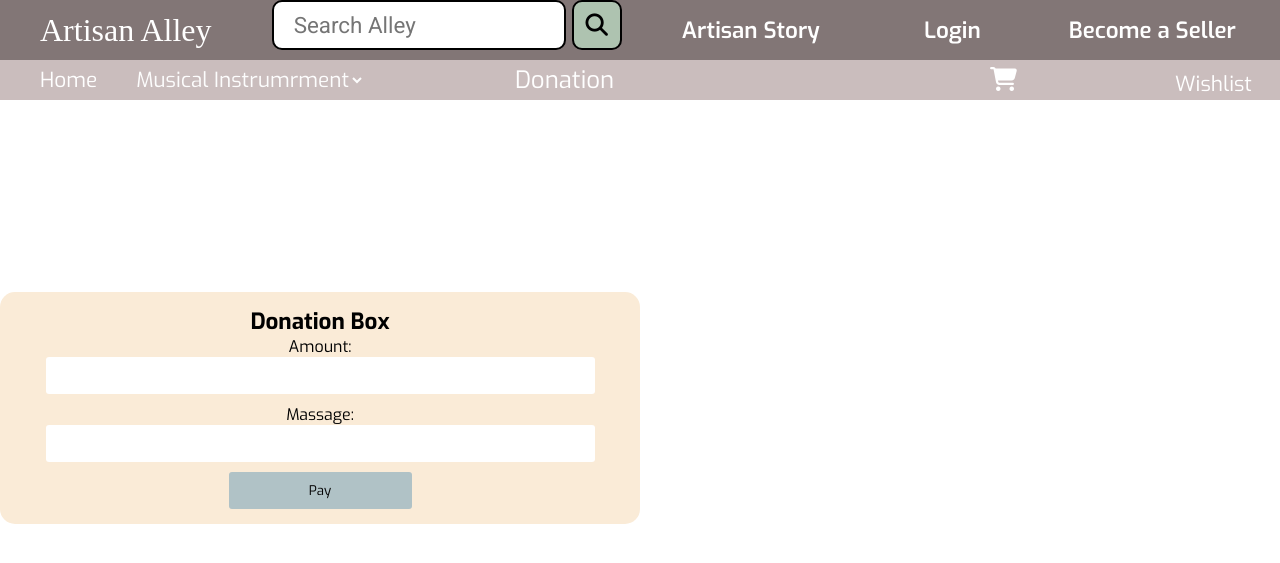
Repository: RingkhangBTY/Bytehacks_Hackathon_Project
Page: donation.html
An editor plug-in stored every save of this project. The page is shown before and after a run of saves, followed by the edit.
The browser window is 1280 px wide. The pictures show the whole page.
Some web fonts or font styles are not loaded; a fallback is used.

Above is the page before, as saved 2024-11-27 10:43:18.

### donation.html
<!DOCTYPE html>
<html lang="en">
<head>
    <meta charset="UTF-8">
    <meta name="viewport" content="width=device-width, initial-scale=1.0">
    <title>Document</title>
    <link
      rel="stylesheet"
      href="https://cdnjs.cloudflare.com/ajax/libs/font-awesome/6.7.1/css/all.min.css"
      integrity="sha512-5Hs3dF2AEPkpNAR7UiOHba+lRSJNeM2ECkwxUIxC1Q/FLycGTbNapWXB4tP889k5T5Ju8fs4b1P5z/iB4nMfSQ=="
      crossorigin="anonymous"
      referrerpolicy="no-referrer"
    />
    <link rel="stylesheet" href="style.css">
</head>
<body>
    <header>
        <div class="split-div">
            <div class="half half-top">
              <a href="index.html" class="logo">Artisan Alley</a>

              <div class="searchdiv">
                <input
                  type="text"
                  placeholder="Search Alley"
                  class="searchbar"
                  id=""
                />

                <div class="search-icon">
                  <button class="alley-search">
                    <i class="fa-solid fa-magnifying-glass"></i>
                  </button>
                </div>
              </div>

              <div class="artisan-story">
                <a href="artisan-story.html" class="story" id="">Artisan Story</a>
              </div>

              <div class="login-and-seller">
                <a href="login/login.html" class="account-login login" id="">Login</a>
                <a href="" class="seller-login login" id="">Become a Seller</a>
              </div>
            </div>

            <div class="half half-bottom">
              <div class="home-and-categories nav2">
                <a href="index.html" class="home">Home</a>

                <label for="categories"></label>
                <select id="categories" class="categories">
                  <option value="" disabled selected>Categories</option>
                  <option value="" selected>Painting</option>
                  <option value="" selected>Sculpture</option>
                  <option value="" selected>Drawing</option>
                  <option value="" selected>Handcraft</option>
                  <option value="" selected>Musical Instrumrment</option>
                </select>
              </div>

              <div class="donation-container nav2">
                <a class="donation" href="donation.html">Donation</a>
              </div>

              <div class="cart-wishlist nav2">
                <a href="index.html" class="cart" id=""
                  ><i class="fa-solid fa-cart-shopping"></i
                ></a>

                <button class="wishlist" id="">Wishlist</button>
              </div>
            </div>
          </div>
    </header>

    <main>
        <div class="donation-cont">
            <!-- <h2>Welcome to </h2> -->
            <form id="donation from">
                <h3>Donation Box</h3>
                <lab for="donation">Amount:</lab>
                <input type="amount" id="text" name="donate" required>

                <lab for="donation"> Massage:</lab>
                <input type="text" id="text" name="donate" >

                <button type="submit">Pay</button>
            </form>
        </div>
    </main>
</body>
</html>

### style.css
@import url("https://fonts.googleapis.com/css2?family=Roboto:ital,wght@0,100;0,300;0,400;0,500;0,700;0,900;1,100;1,300;1,400;1,500;1,700;1,900&display=swap");
@import url("https://fonts.googleapis.com/css2?family=Edu+AU+VIC+WA+NT+Pre:wght@400..700&display=swap");
@import url("https://fonts.googleapis.com/css2?family=Exo:ital,wght@0,100..900;1,100..900&display=swap");

* {
  margin: 0;
  padding: 0;
  box-sizing: border-box;
  font-family: Exo;
}

body {
  header {
    .split-div {
      width: 100%;
      height: 30%;

      .half {
        width: 100%;
      }

      .half-top {
        background-color: #827676;
        height: 70%;
        display: flex;
        justify-content: space-between;
        align-items: center;

        .logo {
          text-decoration: none;
          color: white;
          font-size: 2rem;
          font-family: Edu AU VIC WA NT Pre, cursive;
          font-weight: 500;
          margin-left: 40px;
        }

        .searchdiv {
          display: flex;

          .searchbar {
            height: 50px;
            width: 100%;
            border: black 2px solid;
            outline: none;
            border-radius: 10px;
            padding-left: 20px;
            font-size: 1.4rem;
            font-family: Roboto;
            margin-right: 5px;
          }

          .alley-search {
            display: flex;
            justify-content: center;
            align-items: center;
            width: 50px;
            height: 50px;
            background-color: #aec3b0;
            border: 2px black solid;
            margin-left: 1px;
            border-radius: 10px;
            cursor: pointer;

            i {
              color: black;
              font-size: 1.4rem;
            }
          }
        }

        .artisan-story .story{
          color: white;
          font-size: 1.4rem;
          text-decoration: none;
          font-family: Exo;
          font-weight: 600;
        }

        .login-and-seller {
          height: 60px;
          width: 400px;
          display: flex;
          justify-content: space-around;
          align-items: center;
        }

        .login-and-seller .login {
          color: white;
          font-size: 1.4rem;
          text-decoration: none;
          font-family: Exo;
          font-weight: 600;
        }
      }

      .half-bottom {
        background-color: #cabdbd;
        height: 30%;
        display: flex;
        justify-content: space-between;
        align-items: center;

        .nav2 {
          height: 40px;
          width: 250px;
          display: flex;
          justify-content: space-between;
          align-items: center;
          margin-left: 40px;
          margin-right: 40px;

          .home {
            text-decoration: none;
            color: white;
            margin-right: 10%;
            font-size: 1.3rem;
          }

          .categories {
            height: 100%;
            padding-left: 10px;
            text-align: center;
            border: none;
            background: transparent;
            border-radius: 5px;
            outline: none;
            font-size: 1.3rem;
            color: #fdfdfd;
            cursor: pointer;
          }
          .categories option[selected]{
            margin-left: 20px;
            background-color: #e6f7ff;
            color: #2a2828;
          }

          .donation{
            display: block;
            text-decoration: none;
            font-size: 1.5rem;
            color: white;
          }

          .cart {
            text-decoration: none;
            font-size: 1.5rem;
            color: white;
          }

          .wishlist {
            height: 100%;
            border-radius: 5px;
            background: transparent;
            border: none;
            outline: none;
            font-size: 1.3rem;
            color: white;
          }
        }
      }
    }
  }
}

.products{
  display: flex;
  gap: 10px;
  margin: 10px;
}

.left-container,.middle-container,.right-container{
  display: flex;
  border-radius: 5px;
  padding: 5px;
  padding-top: 10px;
  width: auto;
}
.left-container{
  padding-left: 17%;
}
.right-container{
  padding-right: 17%;
}
.grid-layout{
  display: grid;
  grid-template-rows: auto ;
  gap: 10px;
}
.grid-item{
  background-color: antiquewhite;
  border: 1px solid #ccc;
  width: 100%;
  border-radius: 5px;
  text-align: center;
  padding: 10px;
  padding-bottom: 10px;
}
.grid-item img{
  width: 100%;
  height: auto;
  border-radius: 5px;
}
.grid-item p{
  font-size: large;
  font-family: Cambria, Cochin, Georgia, Times, 'Times New Roman', serif;
  margin-bottom: 5%;
}

footer{
  background-color: #827676;
    color: #fff;
    padding: 20px 40px;
    text-align: center;
}

.footer-container{
  display: flex;
  justify-content: space-between;
  flex-wrap: wrap;
    gap: 40px;
    max-width: 1200px;
    margin: 0 auto;
    padding-left: 20%;
    padding-right: 20%;
}

.imfo-container{
  display: flex;
    flex-direction: column;
    align-items: center;
    gap: 10px;
}

.imfo-container h6{
  display: flex;
  flex-direction: column;
  font-size: 1rem;
  line-height: 1.6rem;
  display: flex;
  flex-direction: column;
  align-items: center;
  color: #ddd;
  margin: 10px auto;
}
.imfo-container  p, .imfo-container a{
  font-size: 1rem;
  line-height: 1.6rem;
  color: #ddd;
  text-decoration: none;
  display: block;
}

.donation-cont{
  background-color: antiquewhite;
  border-radius: 15px;
  padding: 15px;
  width: 50%;
  text-align: center;
  margin-top: 15%;
  justify-content: center;
}

.donation-cont h3{
  font-size: 1.4rem;
}

label{
  display: block;
  text-align: left;
  margin-bottom: 5px;
  font-weight: bold;
}

input{
  width: 90%;
  padding: 10px;
  margin-bottom: 10px;
  border: 1px snow;
  border-radius: 3px;
}

button{
  width: 30%;
  padding: 10px;
  background-color: rgb(176, 194, 198);
  color: rgb(4, 4, 4);
  border: none;
  border-radius: 3px;
  cursor: pointer;
}

.donation-cont:hover{
  transform: translateY(-5px);
  box-shadow: 0 7px rgba(0,0, 0, 0.2);
}

After the next 2 saves:
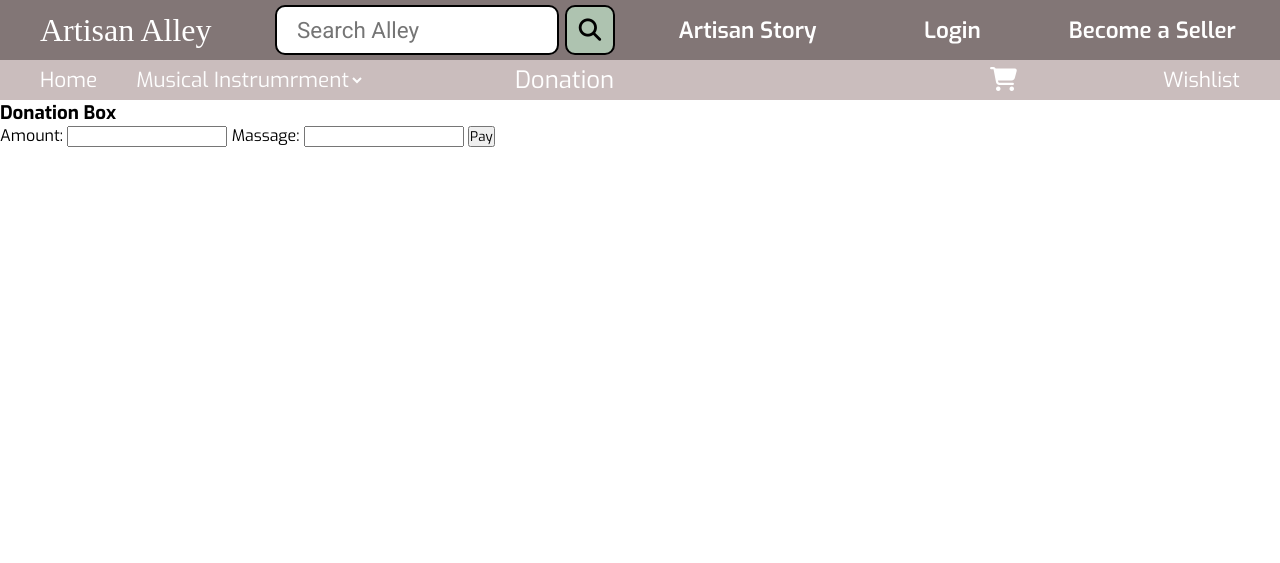
The 2 saves are shown as one change because they came seconds apart.
The last was saved 51 s later.
--- a/style.css
+++ b/style.css
@@ -250,47 +250,3 @@ footer{
   text-decoration: none;
   display: block;
 }
-
-.donation-cont{
-  background-color: antiquewhite;
-  border-radius: 15px;
-  padding: 15px;
-  width: 50%;
-  text-align: center;
-  margin-top: 15%;
-  justify-content: center;
-}
-
-.donation-cont h3{
-  font-size: 1.4rem;
-}
-
-label{
-  display: block;
-  text-align: left;
-  margin-bottom: 5px;
-  font-weight: bold;
-}
-
-input{
-  width: 90%;
-  padding: 10px;
-  margin-bottom: 10px;
-  border: 1px snow;
-  border-radius: 3px;
-}
-
-button{
-  width: 30%;
-  padding: 10px;
-  background-color: rgb(176, 194, 198);
-  color: rgb(4, 4, 4);
-  border: none;
-  border-radius: 3px;
-  cursor: pointer;
-}
-
-.donation-cont:hover{
-  transform: translateY(-5px);
-  box-shadow: 0 7px rgba(0,0, 0, 0.2);
-}
